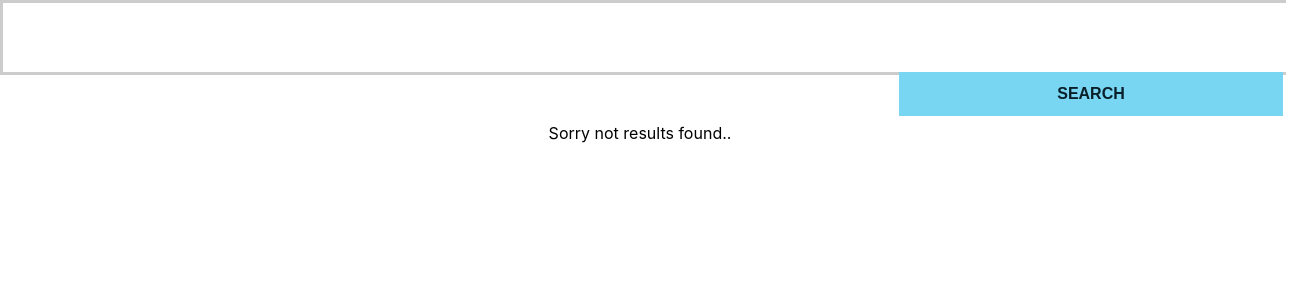
Repository: jijo78/movie-tvshows-list
Page: /
The author's editor kept a copy of each file at every save. The page is drawn from the files as they stood at one save, then again after the next save.
The browser window is 1280 px wide. The page is 1315 px wide, so the pictures cover 1315 px, including what lies to the right of the window. The pictures show the whole page.
The page's requests for data from a server got no answer. The project was rebuilt for these pictures with package versions that can differ from the ones it lists, and the page was loaded fresh each time. No one was signed in, and anything a server would have sent is missing. Also part of the build but not shown: src/MediaRatio.tsx.

Above is the page before, as saved 2020-11-25 17:32:42.

### src/App.tsx
import React, { FC, useEffect, useState } from 'react'
import useSWR from 'swr'
import config from './config'
import QuickSearch from './QuickSearch'
import SearchResults from './SearchResults'

import styled from 'styled-components'
// import classNames from 'classnames'
// import debounce from 'lodash/debounce'
export const fontRootSize = 16

const pxToRem = (size: number) => `${size / fontRootSize}rem`
export const SCREEN_WIDTH_MIN = pxToRem(320)

export const SCREEN_WIDTH_MIN_2 = pxToRem(400)
interface Props {
  children: React.ReactChildren
}
const Container = styled('section')`
  display: flex;
  justify-content: center;
`

const getData = (url: string): Promise<any> => fetch(url).then((res) => res.json())

const StickyWrapper: FC<Props> = ({ children, ...rest }) => {
  const [shouldFetch, setShouldFetch] = useState(true)
  const [term, setTerm] = useState('a')
  const [append, setAppend] = useState('credits')

  const { data, error, isValidating } = useSWR(
    shouldFetch
      ? `https://api.themoviedb.org/3/search/multi?&api_key=${config.api}&query=${term}&include_adult=false&append_to_response=${append}`
      : null,
    getData,
    {
      shouldRetryOnError: false,
      revalidateOnFocus: false,
    }
  )

  useEffect(() => {
    if (data) {
      setShouldFetch(false)
    }
  }, [])

  return (
    <>
      <QuickSearch />
      <Container as="section">
        <SearchResults results={data} />
      </Container>
    </>
  )
}

export default StickyWrapper

### src/config.js
module.exports = {
    'api': '00827fd50b322764fdf4d571822a4a05'
};

### src/QuickSearch.tsx
import React, { FC } from 'react'

import styled from 'styled-components'

type Props = {
  onClick?: (e: React.MouseEvent<any>) => void
  onSubmit?: () => void
  placeholder?: string
}
/**
 * Card is a general purpose container for content.
 */
const Search = styled('section')`
  border: 3px solid #ccc;
  margin-bottom: 2rem;
  display: flex;

  width: 100%;
`

const SearchForm = styled('form')`
  position: relative;
  width: 100%;
  &fieldset {
    margin: 0;
    padding: 0;
    border: 0 none;
  }
  &.search__form--hidden {
    display: none;
  }
`
const SearchLegend = styled('legend')`
  display: none;
`

const SearchInput = styled('input')`
  position: relative;
  color: #ccc;
  width: 100%;
  text-align: center;
  padding: 1rem;
  font-size: 2rem;
  border: 0 none;
  &::placeholder {
    color: #ccc;
  }
`

const Button = styled('button')`
  width: 30%;
  border: none;
  border-color: #5c5c5c;
  cursor: pointer;
  position: absolute;
  right: 0;
  display: inline-flex;
  color: #ffffff;
  background-color: rgb(13, 46, 61);
  padding: 0.75rem;
  text-align: center;
  text-decoration: none;
  vertical-align: middle;

  justify-content: center;
  text-transform: uppercase;

  font-size: 1rem;
  line-height: 1.25;

  letter-spacing: normal;
  font-weight: bold;
  background-color: #79d6f2;
  color: #091f29;
`

const QuickSearch: FC<Props> = ({ onSubmit, onClick, placeholder }) => {
  return (
    <Search>
      <SearchForm onSubmit={onSubmit}>
        <SearchLegend>Find a movie </SearchLegend>
        <SearchInput onClick={onClick} placeholder={placeholder} />
        <Button type="submit">Search</Button>
      </SearchForm>
    </Search>
  )
}

export default QuickSearch

### src/SearchResults.tsx
import React, { FC } from 'react'
import { formatDateUK } from './date'
import { Media16x9 } from './MediaRatio'
import styled from 'styled-components'

interface Props {
  results: { results: Array<any> }
}
const Cards = styled('ul')`
  display: grid;
  width: 80rem;
  grid-template-columns: repeat(auto-fit, minmax(320px, 1fr));
  grid-gap: 2rem;
  margin: 0;
  padding: 0;
`

const Card = styled('li')`
  min-height: 10rem;
  height: 100%;
  position: relative;
  background-color: #000;
  color: #fff;
  list-style-type: none;
`
/**
 * Contains an image or other media to be placed inside the card
 */
export const CardBody = styled('div')`
  position: relative;
  padding: 0.5rem;
`

/**
 * Content to be placed at the bottom of the card.
 */
export const CardFooter = styled('footer')`
  position: relative;
  padding: 0.5rem;
`
const SearchResults: FC<Props> = ({ results }) => {
  console.log('results: ', results)
  const base_url = 'https://image.tmdb.org/t/p/w780'
  const placeholder = 'http://via.placeholder.com/400x200'

  return results && results.results && results.results.length ? (
    <Cards>
      {results.results.map((result, i) => (
        <Card>
          <Media16x9>
            <img
              alt={result.original_name}
              src={
                result.poster_path !== null && result.poster_path !== undefined
                  ? `${base_url}${result.poster_path}`
                  : `${placeholder}`
              }
            />
          </Media16x9>
          <CardBody>
            <h3>{result.title || result.original_name}</h3>
            <p>{result.overview}</p>
          </CardBody>
          <CardFooter>
            <span className="card__rating">
              Rating: {isNaN(result.vote_average) ? 0 : Math.ceil(result.vote_average * 10)}%
            </span>
            <span className="card__release">Release date: {formatDateUK(result.release_date)}</span>
          </CardFooter>
        </Card>
      ))}
    </Cards>
  ) : (
    <p className="no-results">Sorry not results found..</p>
  )
}

export default SearchResults

### src/date.ts
import dayjs from 'dayjs'

export const formatDate = (d: string) => dayjs(d).format('D MMM YYYY')
export const formatDateUK = (d: string) => dayjs(d).format('DD MMM YYYY')
export const currentYear = () => dayjs().year()

Loaded but not shown: public/index.html (common file); src/index.js (common file); src/index.css (common file); src/reportWebVitals.js (common file)

After the next save:
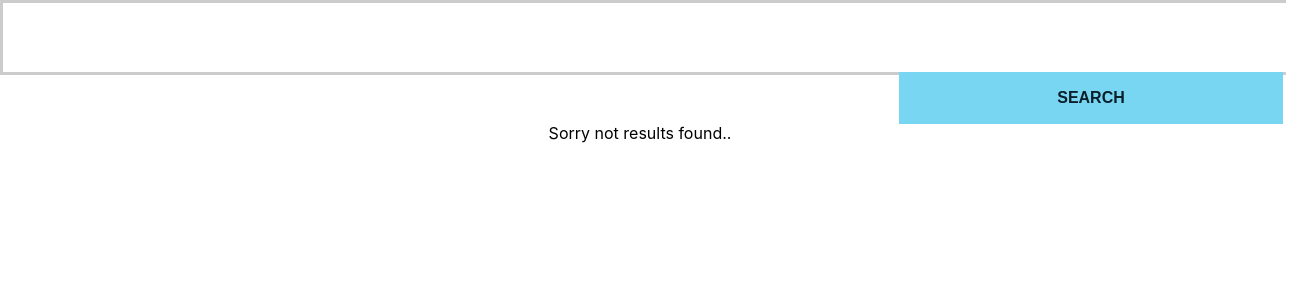
Saved 27 s later.
--- a/src/QuickSearch.tsx
+++ b/src/QuickSearch.tsx
@@ -57,7 +57,7 @@ const Button = styled('button')`
   display: inline-flex;
   color: #ffffff;
   background-color: rgb(13, 46, 61);
-  padding: 0.75rem;
+  padding: 1rem;
   text-align: center;
   text-decoration: none;
   vertical-align: middle;
